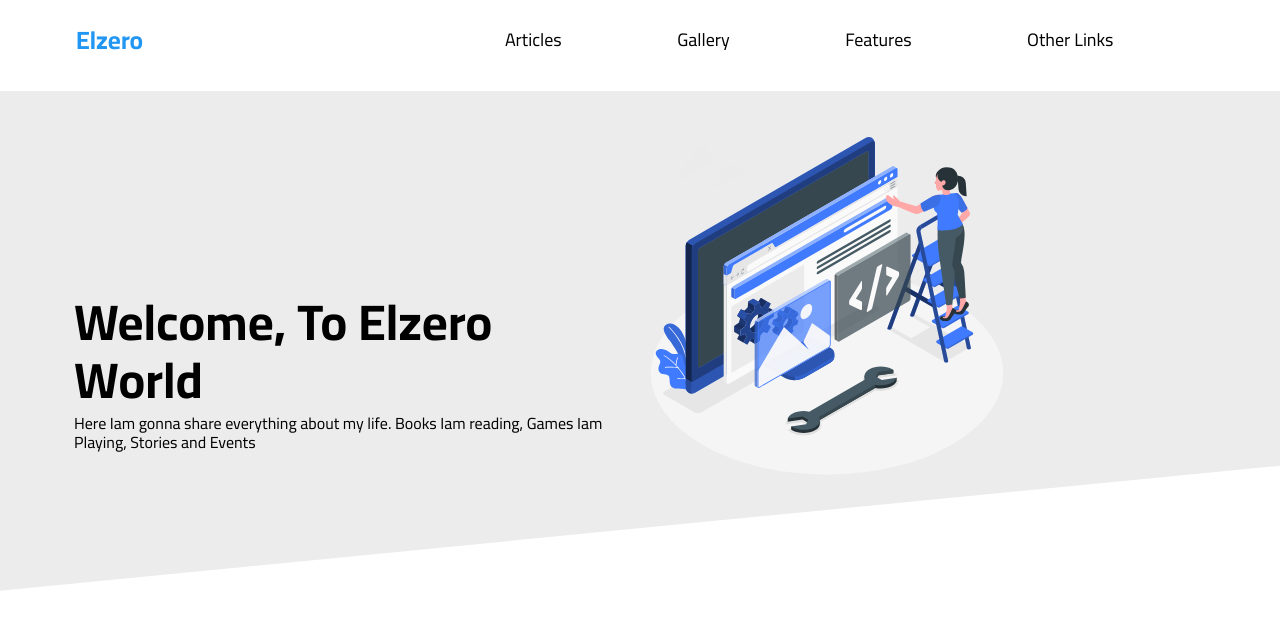
Repository: Toqa-25/elzeroAcdemey-Templete
Page: index.html
These files come from the project's save history. The page is drawn as it stood at one moment and after the next save; the edit follows.
The browser window is 1280 px wide. The pictures show the whole page.

Above is the page before, as saved 2022-01-16 21:38:33.

After the next save:
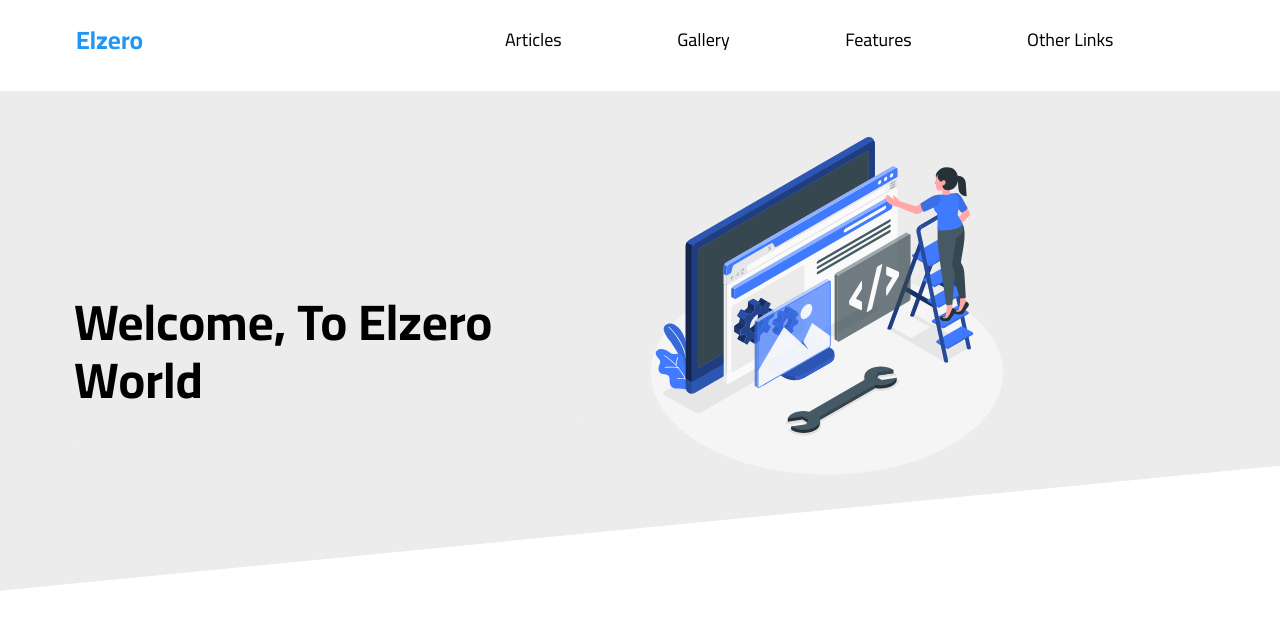
Saved 51 s later.
--- a/index.html
+++ b/index.html
@@ -68,7 +68,7 @@
             <div class="welcome-content">
                 <div class="welcome-content-info">
                     <h1 class="welcome-content-info-head">welcome, to elzero world</h1>
-                    <p class="welcoome-content-info-text">Here Iam gonna share everything about my life. Books Iam reading, Games Iam Playing, Stories and Events</p>
+                    <p class="welcome-content-info-text">Here Iam gonna share everything about my life. Books Iam reading, Games Iam Playing, Stories and Events</p>
                 </div>
                 <div class="welcome-content-img">
                     <img src="images/welcome/Website setup-amico.svg" alt="" srcset="">

After the save that followed:
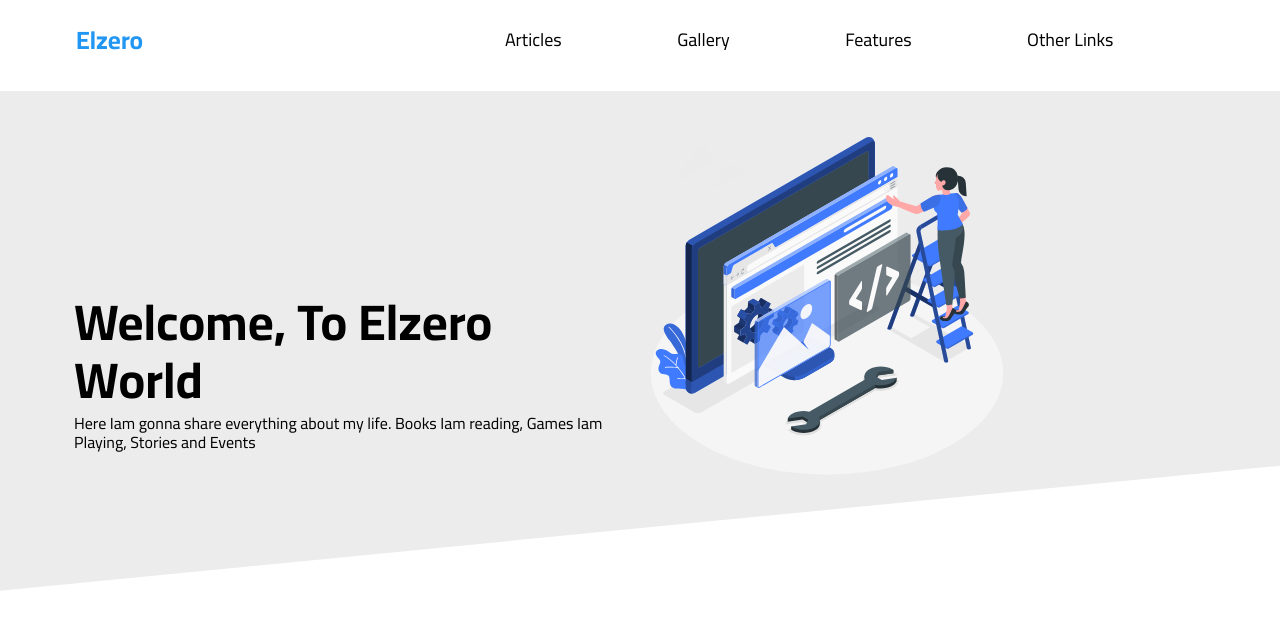
Saved 2 min 57 s later.
--- a/css/style.css
+++ b/css/style.css
@@ -279,7 +279,7 @@ nav{
     margin-bottom: 5px;
 }
 .welcome-content-info-text{
-    color:var(--s-background)
+    color:
 }
 .welcome-content-img{
     width:50%
